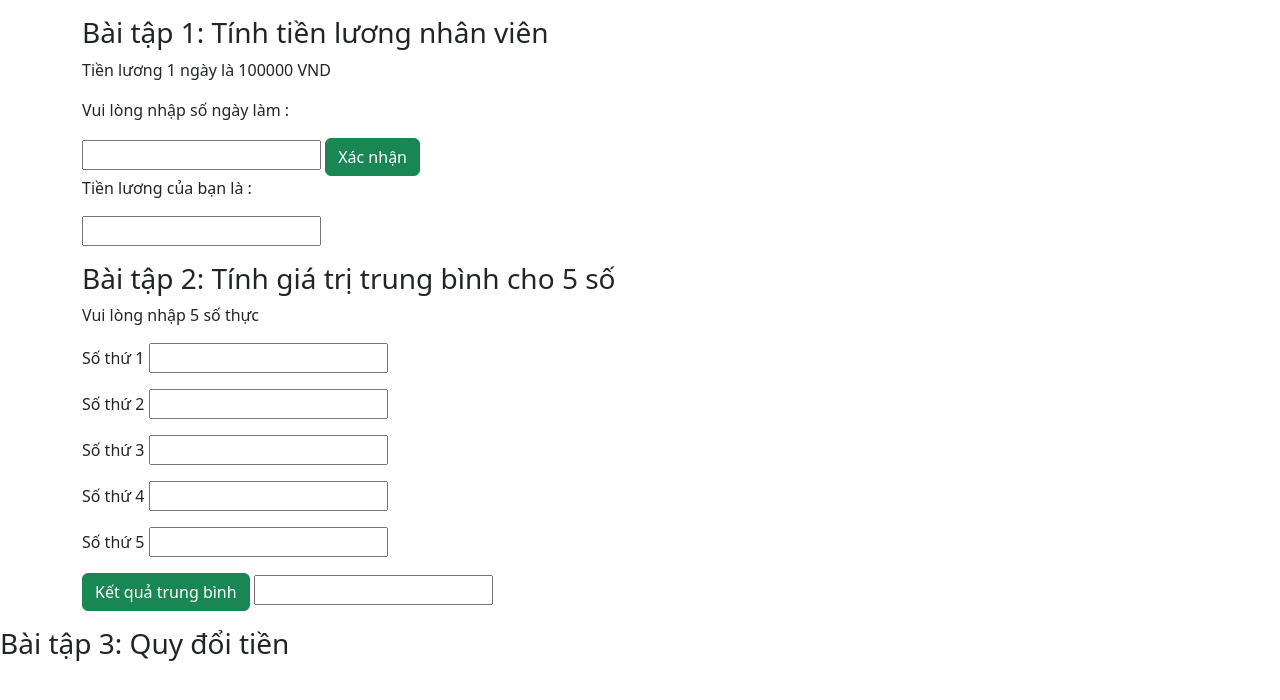
Repository: hcozyph/TranHuuPhuoc_BC43_BT_JS_Buoi2
Page: index.html
The author's editor kept a copy of each file at every save. The page is drawn from the files as they stood at one save, then again after the next save.
The browser window is 1280 px wide. The pictures show the whole page.

Above is the page before, as saved 2023-01-21 22:14:58.

After the next save:
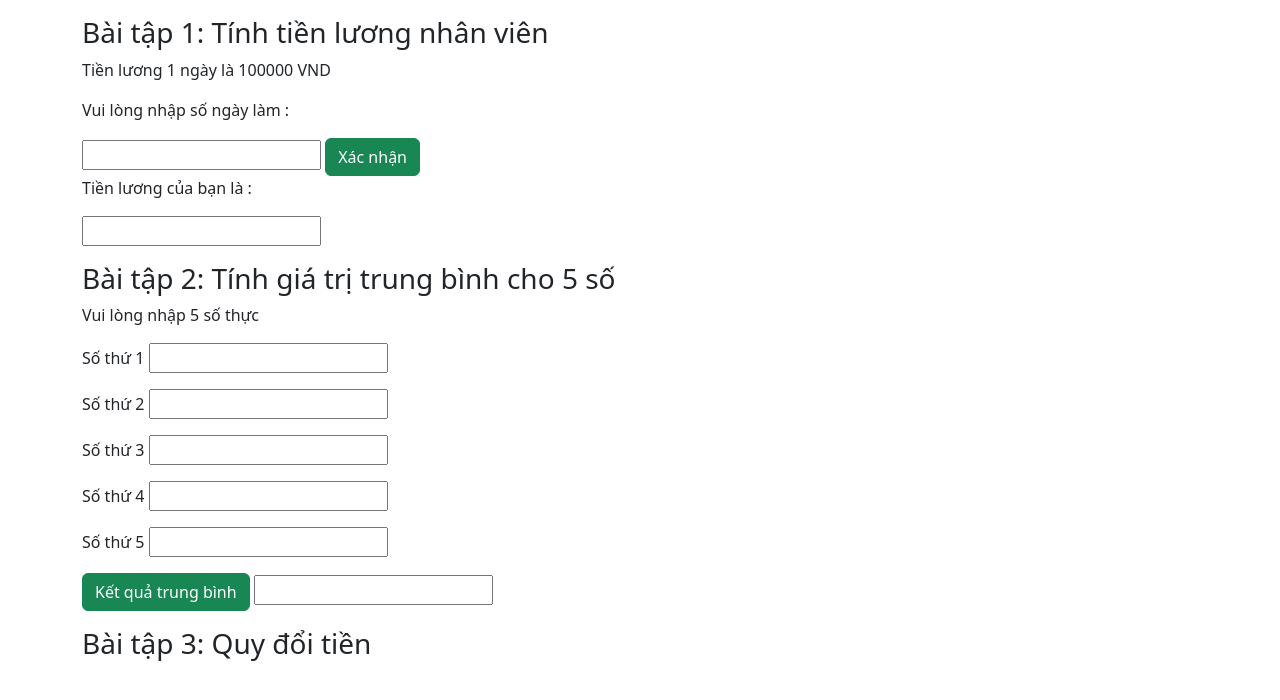
Saved 25 s later.
--- a/index.html
+++ b/index.html
@@ -71,12 +71,13 @@
                 </button>
                 <input type="text" id="average" />
             </div>
+
+            <!-- BT3 -->
+            <div class="BT3">
+                <h1 class="fs-3 mt-3">Bài tập 3: Quy đổi tiền</h1>
+            </div>
         </div>
 
-        <!-- BT3 -->
-        <div class="BT3">
-            <h1 class="fs-3 mt-3">Bài tập 3: Quy đổi tiền</h1>
-        </div>
         <!-- Bootstrap JavaScript Libraries -->
         <script
             src="https://cdn.jsdelivr.net/npm/@popperjs/core@2.11.6/dist/umd/popper.min.js"
